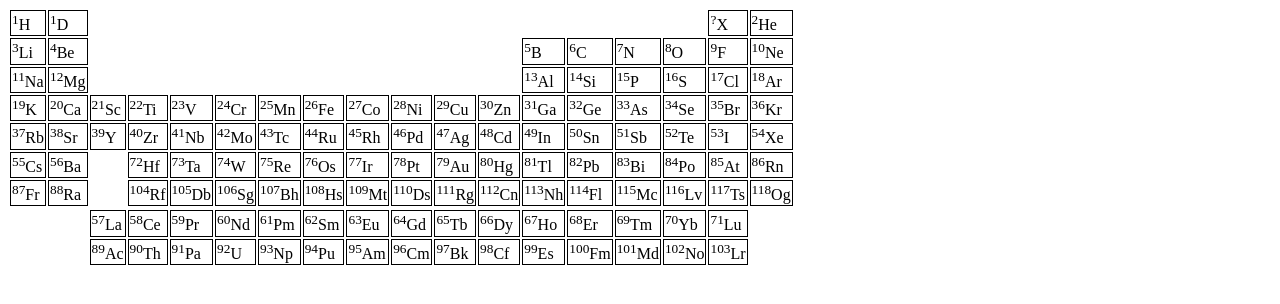
Repository: punitbathija/Placement-Assitance-iNeuron
Page: periodicTable.html
These files come from the project's save history. The page is drawn as it stood at one moment and after the next save; the edit follows.
The browser window is 1280 px wide. The pictures show the whole page.

Above is the page before, as saved 2023-05-22 17:48:51.

After the next save:
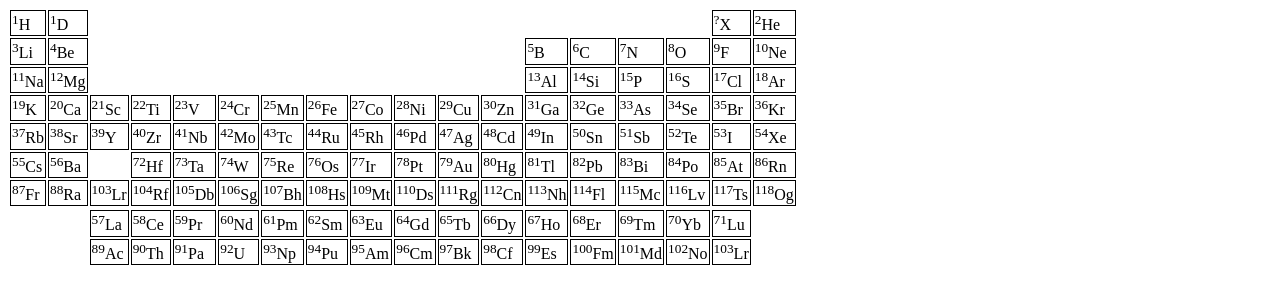
Saved 2 min 39 s later.
--- a/periodicTable.html
+++ b/periodicTable.html
@@ -100,7 +100,7 @@
       <tr class="p7">
         <td class="element Fr" ="Francium"><sup>87</sup>Fr</td>
         <td class="element Ra" ="Radium"><sup>88</sup>Ra</td>
-        <td class="empty"></td>
+        <td class="element Lr" ="Lawrencium"><sup>103</sup>Lr</td>
         <td class="element Rf" ="Rutherfordium"><sup>104</sup>Rf</td>
         <td class="element Db" ="Dubnium"><sup>105</sup>Db</td>
         <td class="element Sg" ="Seaborgium"><sup>106</sup>Sg</td>
